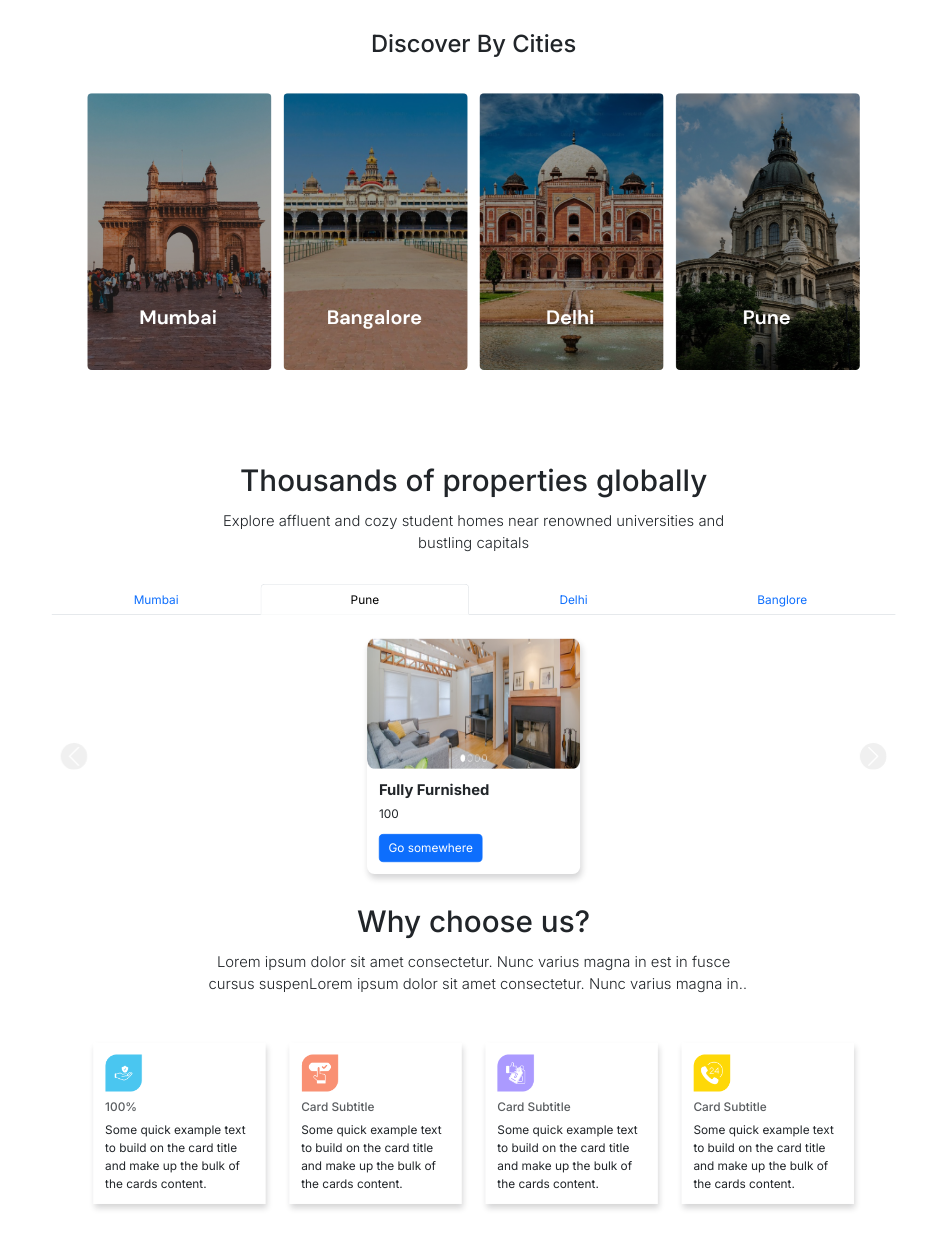
Repository: suyashagrahari/assignment
Page: /
These files come from the project's save history. The page is drawn as it stood at one moment and after the next save; the edit follows.
The browser window is 1280 px wide. The pictures show the whole page, at 74% of full size.
The project was rebuilt for these pictures with package versions that can differ from the ones it lists, and the page was loaded fresh each time. The framework's server and built-in components were replaced by stand-ins that run in the browser. Also part of the build but not shown: next.config.mjs, src/app/page.module.css, src/components/Headline.jsx.

Above is the page before, as saved 2024-03-27 16:29:17.

### src/components/Grid.jsx
import React from "react";
import Image from "next/image";
import { Button, Col, Container, Row } from "react-bootstrap";
import first from "../../public/image/Mumbai.png";
import second from "../../public/image/Banglore.png";
import third from "../../public/image/Delhi.png";
import forth from "../../public/image/Pune.png";
const Grid = () => {
  return (
    <div className="container-fluid">
      <div className="row row-cols-1 row-cols-sm-2 row-cols-md-3 row-cols-lg-4 g-3 p-4">
        <div className="col grid-item">
          <Image
            src={first}
            alt="Image 1"
            layout="responsive"
            objectFit="cover"
            className="img-fluid rounded"
          />
        </div>
        <div className="col grid-item">
          <Image
            src={second}
            alt="Image 2"
            layout="responsive"
            objectFit="cover"
            className="img-fluid rounded"
          />
        </div>
        <div className="col grid-item">
          <Image
            src={third}
            alt="Image 3"
            layout="responsive"
            objectFit="cover"
            className="img-fluid rounded"
          />
        </div>
        <div className="col grid-item">
          <Image
            src={forth}
            alt="Image 4"
            layout="responsive"
            objectFit="cover"
            className="img-fluid rounded"
          />
        </div>
      </div>
    </div>
  );
};

export default Grid;

### src/components/Tabbing.jsx
"use client";
import Tab from "react-bootstrap/Tab";
import Tabs from "react-bootstrap/Tabs";
import Img from "../../public/image/Img-1.png";
import Image from "next/image";
import MyCarousel from "./Carousal";
function Tabbing() {
  return (
    <>
      <Tabs
        defaultActiveKey="profile"
        id="justify-tab-example"
        className="mb-3"
        justify
      >
        <Tab eventKey="home" title="Mumbai">
          <MyCarousel />
        </Tab>
        <Tab eventKey="profile" title="Pune">
          <MyCarousel />
        </Tab>
        <Tab eventKey="longer-tab" title="Delhi">
          <MyCarousel />
        </Tab>
        <Tab eventKey="contact" title="Banglore">
          <MyCarousel />
        </Tab>
      </Tabs>
    </>
  );
}

export default Tabbing;

### src/components/Footer.jsx
import Card from "react-bootstrap/Card";
import Icon_1 from "../../public/image/icon-1.png";
import Icon_2 from "../../public/image/icon-2.png";
import Icon_3 from "../../public/image/icon-3.png";
import Icon_4 from "../../public/image/icon-4.png";
import Image from "next/image";

function Footer() {
  return (
    <div className="container-fluid">
      <div className="row row-cols-1 row-cols-md-2 row-cols-lg-4 g-3 p-4">
        <div className="col">
          <Card>
            <Card.Body>
              <div className="d-flex justify-content-center mb-3 image">
                <Image src={Icon_1} alt="icon" />
              </div>
              <Card.Subtitle className="mb-2 text-muted ">100%</Card.Subtitle>
              <Card.Text className="">
                Some quick example text to build on the card title and make up
                the bulk of the cards content.
              </Card.Text>
            </Card.Body>
          </Card>
        </div>
        <div className="col">
          <Card>
            <Card.Body>
              <div className="d-flex justify-content-center mb-3 image">
                <Image src={Icon_2} alt="icon" />
              </div>
              <Card.Subtitle className="mb-2 text-muted ">
                Card Subtitle
              </Card.Subtitle>
              <Card.Text className="">
                Some quick example text to build on the card title and make up
                the bulk of the cards content.
              </Card.Text>
            </Card.Body>
          </Card>
        </div>
        <div className="col">
          <Card>
            <Card.Body>
              <div className="d-flex justify-content-center mb-3 image">
                <Image src={Icon_3} alt="icon" />
              </div>
              <Card.Subtitle className="mb-2 text-muted ">
                Card Subtitle
              </Card.Subtitle>
              <Card.Text className="">
                Some quick example text to build on the card title and make up
                the bulk of the cards content.
              </Card.Text>
            </Card.Body>
          </Card>
        </div>
        <div className="col">
          <Card>
            <Card.Body>
              <div className="d-flex justify-content-center mb-3 image">
                <Image src={Icon_4} alt="icon" />
              </div>
              <Card.Subtitle className="mb-2 text-muted ">
                Card Subtitle
              </Card.Subtitle>
              <Card.Text className="">
                Some quick example text to build on the card title and make up
                the bulk of the cards content.
              </Card.Text>
            </Card.Body>
          </Card>
        </div>
      </div>
    </div>
  );
}

export default Footer;

### src/components/Carousal.jsx
import React from "react";
import Carousel from "react-bootstrap/Carousel";
import Button from "react-bootstrap/Button";
import Card from "react-bootstrap/Card";
import Img from "../../public/image/Img-1.png";
import Image from "next/image";

const recipes = [
  {
    size: "2 BHK",
    name: "Fully Furnished",
    img: Img,
    price: 100,
    content: "Hello",
  },
  {
    size: "3 BHK",
    name: "Fully Furnished",
    img: Img,
    price: 100,
    content: "Hello",
  },
  {
    size: "4 BHK",
    name: "Fully Furnished",
    img: Img,
    price: 100,
    content: "Hello",
  },
  {
    size: "3 BHK",
    name: "Fully Furnished",
    img: Img,
    price: 100,
    content: "Hello",
  },
];

const MyCarousel = () => {
  const reduceRecipes = (acc, cur, index) => {
    const groupIndex = Math.floor(index / 3);
    if (!acc[groupIndex]) acc[groupIndex] = [];
    acc[groupIndex].push(cur);
    console.log(acc);
    return acc;
  };

  return (
    <Carousel>
      {recipes.reduce(reduceRecipes, []).map((item, index) => (
        <Carousel.Item key={index}>
          <div className="d-flex justify-content-center">
            {item.map((item, index) => {
              return (
                <Card
                  key={index}
                  style={{ width: "18rem", borderRadius: "10px" }}
                >
                  <Image src={item.img} alt="" className="card-img-top" />
                  <Card.Body className="text-left">
                    <Card.Title className="fw-bold">{item.name}</Card.Title>
                    <Card.Text className="mb-3">{item.price}</Card.Text>
                    <Button variant="primary">Go somewhere</Button>
                  </Card.Body>
                </Card>
              );
            })}
          </div>
        </Carousel.Item>
      ))}
    </Carousel>
  );
};

export default MyCarousel;

Loaded but not shown: src/app/layout.js (common file); src/app/page.js (common file); src/app/globals.css (common file)

After the next save:
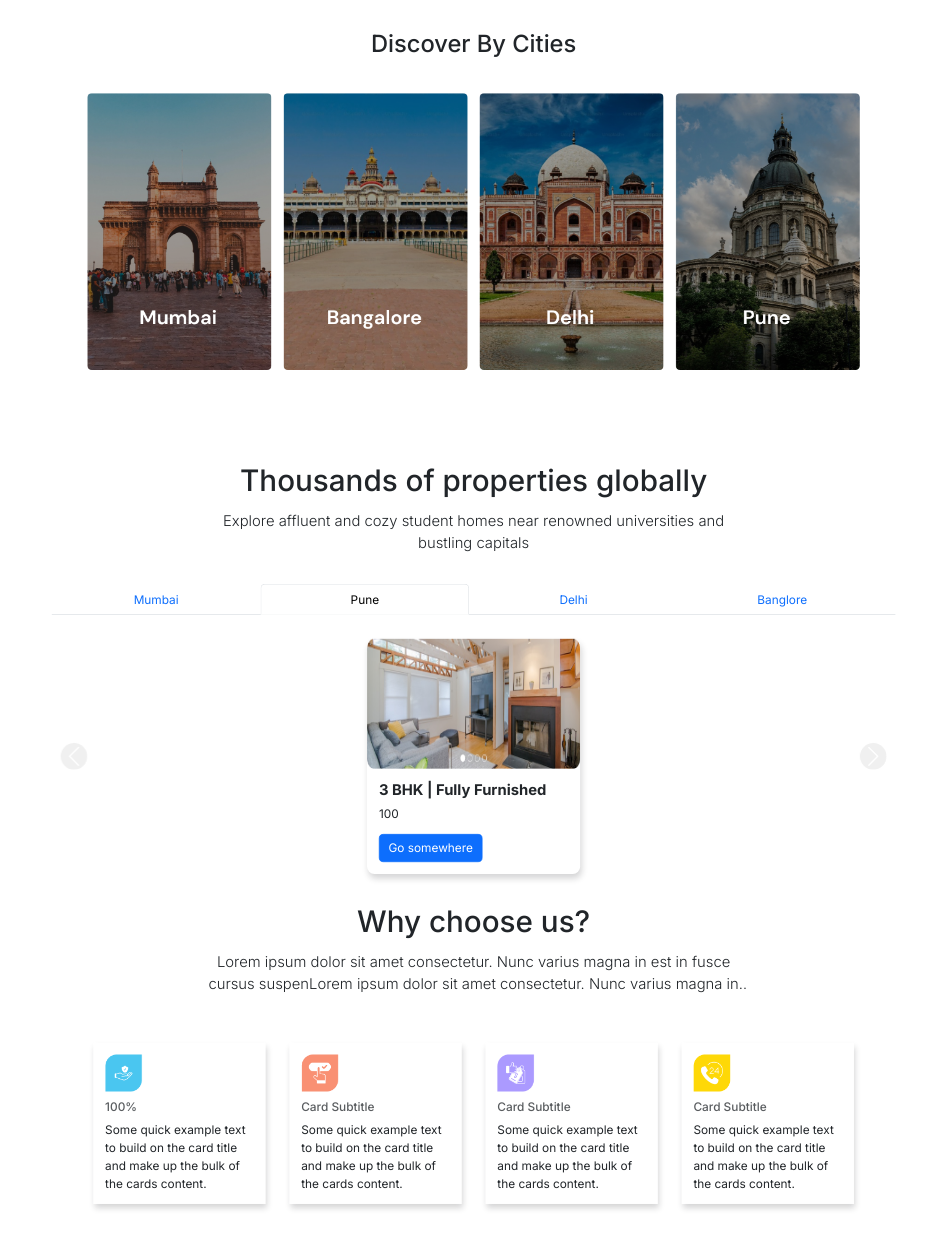
Saved 14 s later.
--- a/src/components/Carousal.jsx
+++ b/src/components/Carousal.jsx
@@ -58,7 +58,9 @@
                 >
                   <Image src={item.img} alt="" className="card-img-top" />
                   <Card.Body className="text-left">
-                    <Card.Title className="fw-bold">{item.name}</Card.Title>
+                    <Card.Title className="fw-bold">
+                      {item.size} | {item.name}
+                    </Card.Title>
                     <Card.Text className="mb-3">{item.price}</Card.Text>
                     <Button variant="primary">Go somewhere</Button>
                   </Card.Body>
